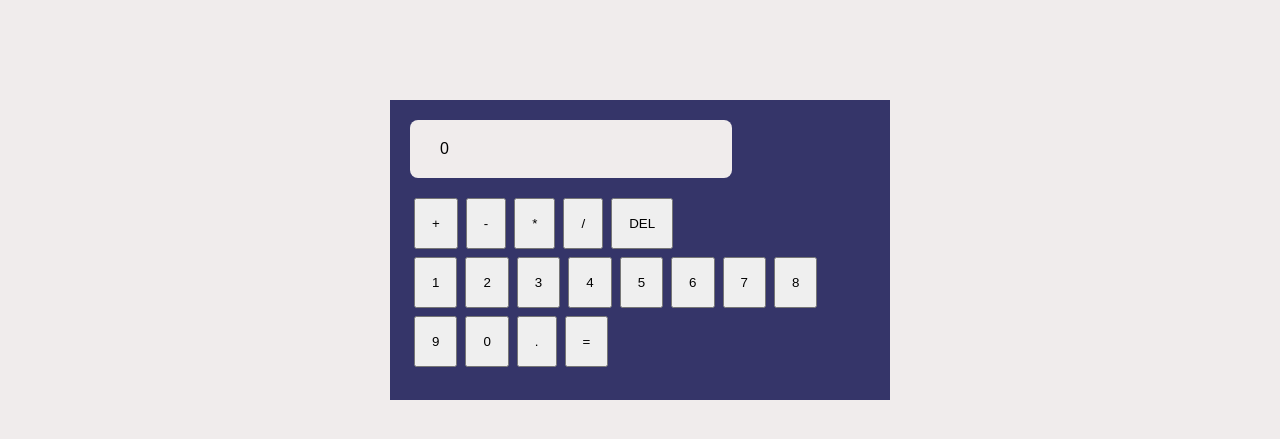
Repository: Bishek666/simple-calculator
Page: /
The author's editor kept a copy of each file at every save. The page is drawn from the files as they stood at one save, then again after the next save.
The browser window is 1280 px wide. The pictures show the whole page.
The project was rebuilt for these pictures with package versions that can differ from the ones it lists, and the page was loaded fresh each time.

Above is the page before, as saved 2021-10-20 17:44:53.

After the next save:
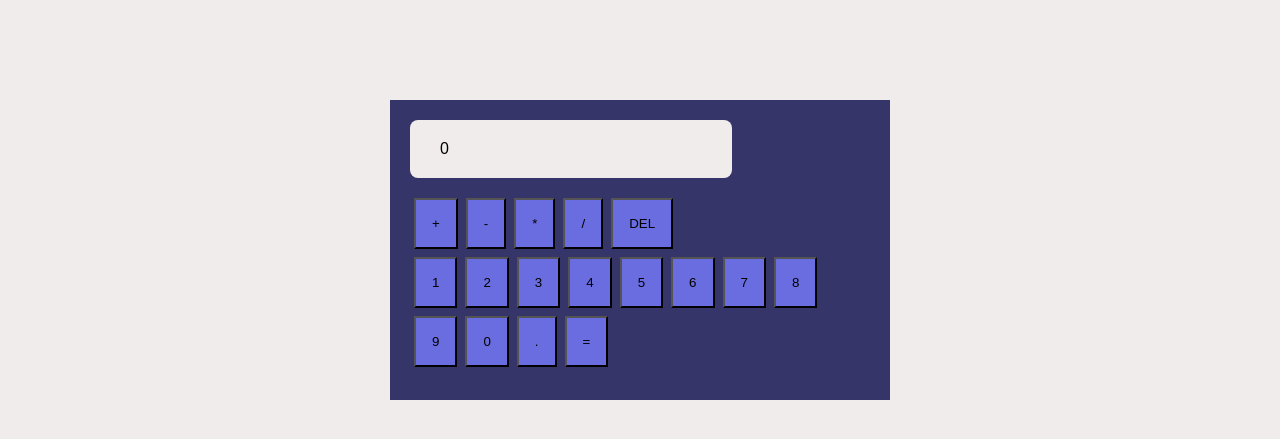
Saved 27 s later.
--- a/src/index.css
+++ b/src/index.css
@@ -19,6 +19,7 @@ body {
 button {
     padding: 1rem;
     margin: 4px;
+    background-color: var(--secondary);
 }
 
 .container-calculator {
